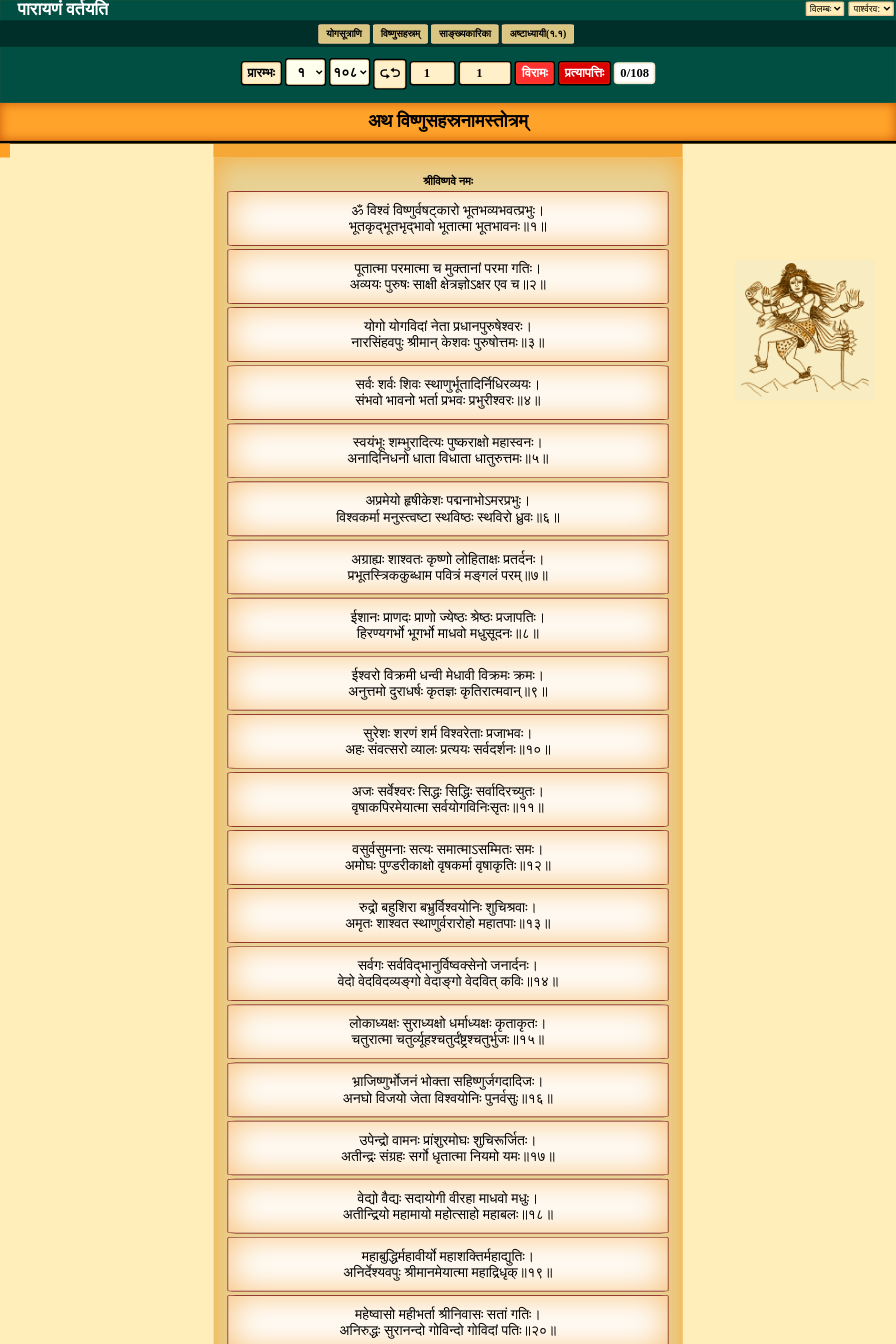
Repository: arshavak/vishnu-sahasranam
Page: index.html
These files come from the project's save history. The page is drawn as it stood at one moment and after the next save; the edit follows.
The browser window is 1280 px wide. The pictures show the part of the page from y = 0 to 1920 px (the page is 9292 px tall), at 70% of full size.

Above is the page before, as saved 2024-12-30 12:51:18.
Not found: scripts/sanskrittime.js

After the next save:
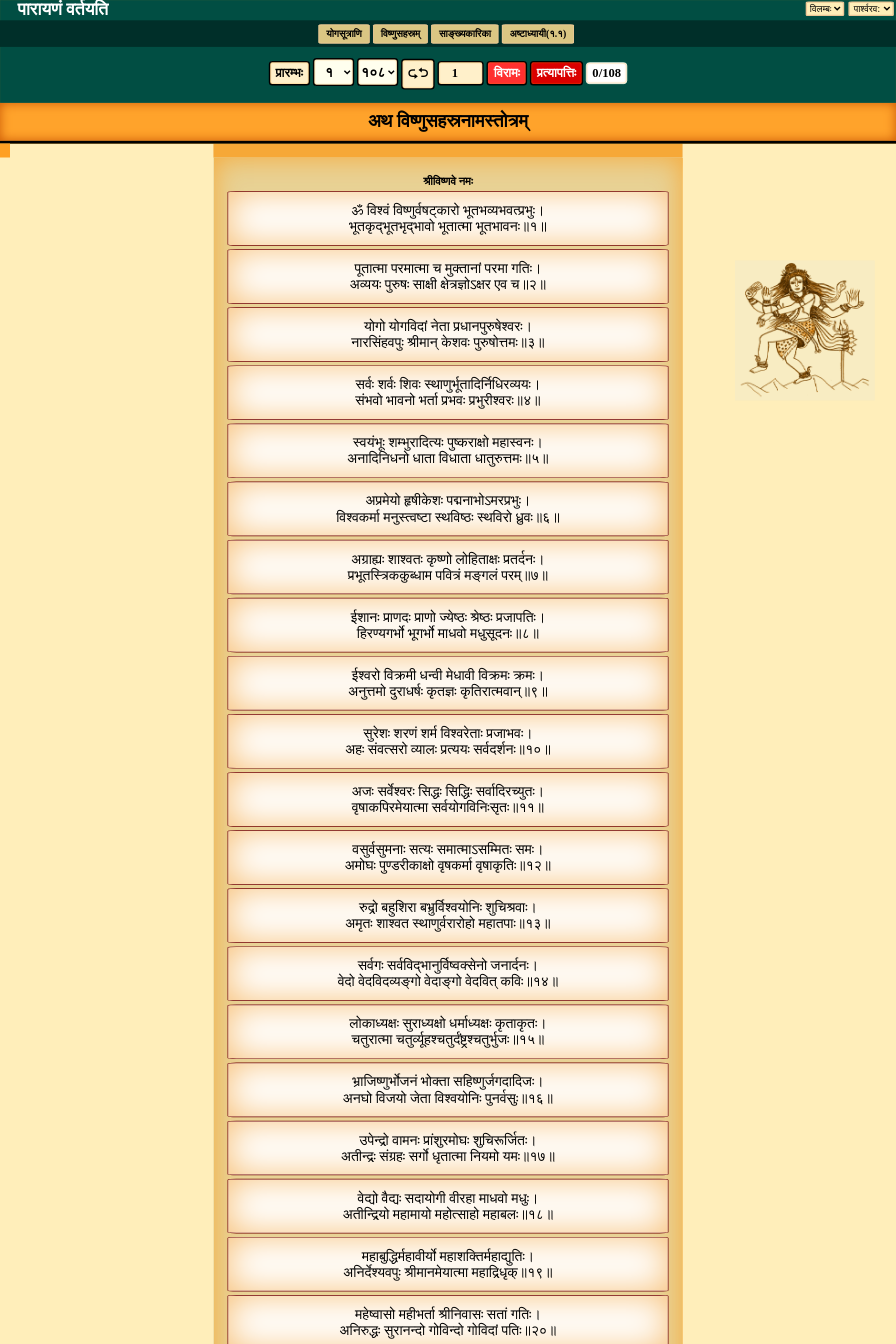
Saved 15 s later.
--- a/index.html
+++ b/index.html
@@ -33,7 +33,7 @@
       <input name="toggle_btn" type="checkbox" id="check"/>
       <input id="loop" class="loop" type="button" value="&#11150&#11148"/>
       <input id="repeat" value="1" max="99" min="1" type="number"/>
-      <input id="speed" value="1" max="4" min=".5" step="0.1" type="number"/>
+      <!-- <input id="speed" value="1" max="4" min=".5" step="0.1" type="number"/>   -->
       <input name="stop_button" class="psuGrup stop" type="button" value="विरामः"/>
       <input class="reset psuGrup" type="button" value="प्रत्यापत्तिः"/>
       <input id="suchna" type="button" class="psuGrup suchna"/>
